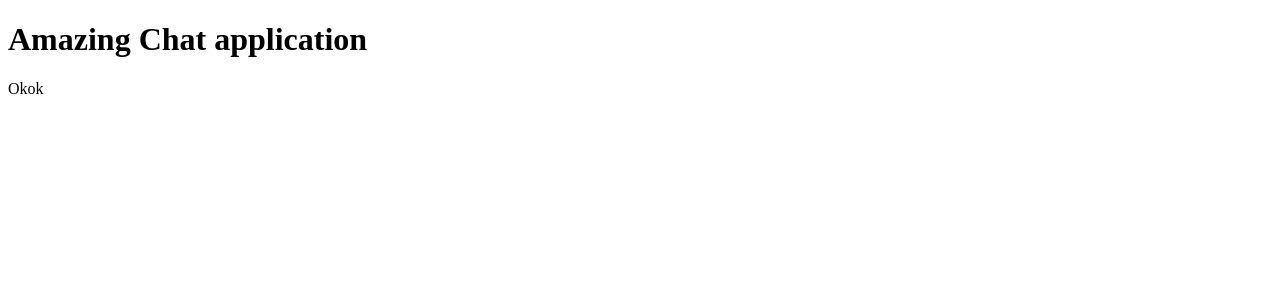
Repository: Lakshyyaa/SimpleWSserver
Page: frontend/index.html
These files come from the project's save history. The page is drawn as it stood at one moment and after the next save; the edit follows.
The browser window is 1280 px wide. The pictures show the whole page.

Above is the page before, as saved 2024-10-30 13:25:04.

### frontend/index.html
<!DOCTYPE html>
<html lang="en">
<head>
    <meta charset="UTF-8">
    <meta name="viewport" content="width=device-width, initial-scale=1.0">
    <title>websockets</title>
</head>
<body>
    <div class="center">
        <h1>Amazing Chat application</h1>
        <h3></h3>
    </div>
    Okok
</body>
</html>

After the next save:
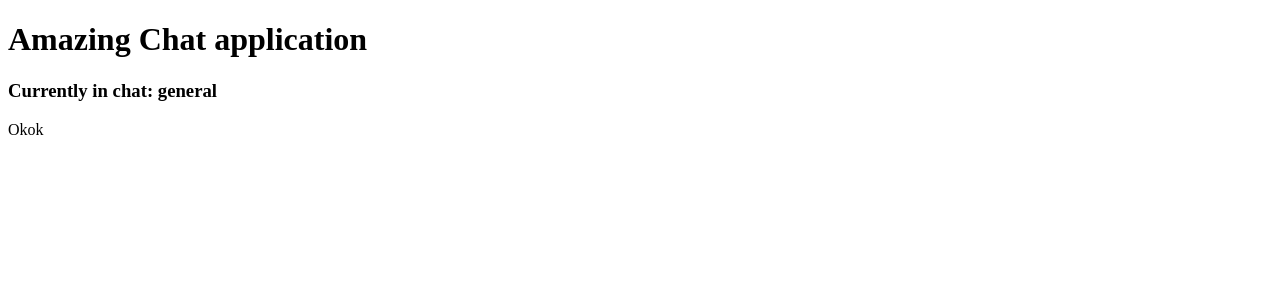
Saved 9 s later.
--- a/frontend/index.html
+++ b/frontend/index.html
@@ -8,7 +8,7 @@
 <body>
     <div class="center">
         <h1>Amazing Chat application</h1>
-        <h3></h3>
+        <h3>Currently in chat: general</h3>
     </div>
     Okok
 </body>
